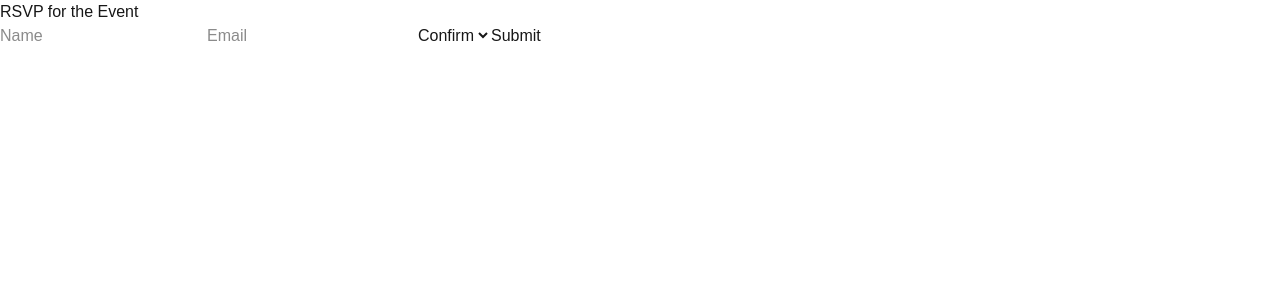
Repository: Jennica1/FULLSTACK-FINAL-PROJ
Page: / (app in rsvp-app/frontend/)
The author's editor kept a copy of each file at every save. The page is drawn from the files as they stood at one save, then again after the next save.
The browser window is 1280 px wide. The pictures show the whole page.
The project was rebuilt for these pictures with package versions that can differ from the ones it lists, and the page was loaded fresh each time. The framework's server and built-in components were replaced by stand-ins that run in the browser. Also part of the build but not shown: rsvp-app/frontend/next.config.mjs.

Above is the page before, as saved 2025-03-18 17:21:09.

After the next save:
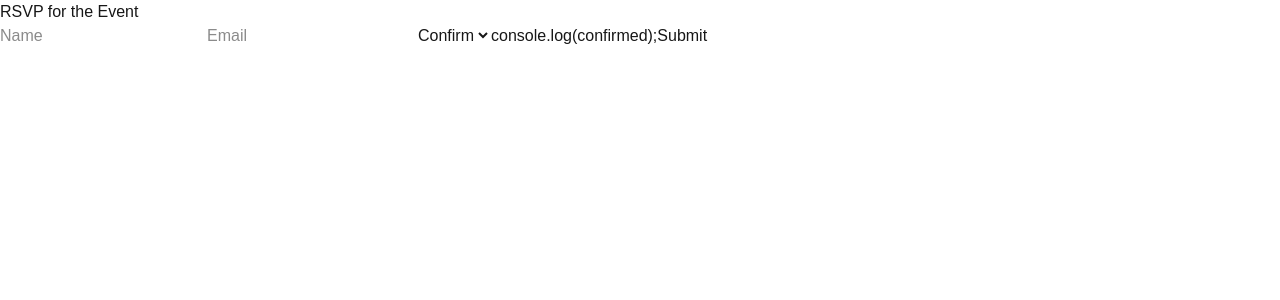
Saved 30 s later.
--- a/rsvp-app/frontend/app/page.js
+++ b/rsvp-app/frontend/app/page.js
@@ -1,20 +1,20 @@
-'use client';
+"use client";
 
-import { useState } from 'react';
+import { useState } from "react";
 
 export default function Home() {
-  const [name, setName] = useState('');
-  const [email, setEmail] = useState('');
-  const [status, setStatus] = useState('confirmed');
-  const [message, setMessage] = useState('');
+  const [name, setName] = useState("");
+  const [email, setEmail] = useState("");
+  const [status, setStatus] = useState("confirmed");
+  const [message, setMessage] = useState("");
 
   const handleSubmit = async (e) => {
     e.preventDefault();
 
-    const response = await fetch('http://localhost:3001/rsvps', {
-      method: 'POST',
+    const response = await fetch("http://localhost:3001/rsvps", {
+      method: "POST",
       headers: {
-        'Content-Type': 'application/json',
+        "Content-Type": "application/json",
       },
       body: JSON.stringify({ name, email, status }),
     });
@@ -22,8 +22,8 @@
     // ✅ Check if the response is OK before parsing
     if (!response.ok) {
       const errorData = await response.text(); // To get the error as text
-      console.error('Error from backend:', errorData);
-      setMessage('Error submitting RSVP');
+      console.error("Error from backend:", errorData);
+      setMessage("Error submitting RSVP");
       return;
     }
 
@@ -32,11 +32,10 @@
       const data = await response.json();
       setMessage(data.message);
     } catch (error) {
-      console.error('Error parsing JSON:', error);
-      setMessage('Error processing RSVP response');
+      console.error("Error parsing JSON:", error);
+      setMessage("Error processing RSVP response");
     }
   };
-
 
   return (
     <div>
@@ -54,13 +53,11 @@
           value={email}
           onChange={(e) => setEmail(e.target.value)}
         />
-       <select
-  value={status}
-  onChange={(e) => setStatus(e.target.value)}
->
-  <option value="confirmed">Confirm</option>
-  <option value="declined">Decline</option>
-</select>
+        <select value={status} onChange={(e) => setStatus(e.target.value)}>
+          <option value="confirmed">Confirm</option>
+          <option value="declined">Decline</option>
+        </select>
+        console.log({ name, email, status });
 
         <button type="submit">Submit</button>
       </form>

After the save that followed:
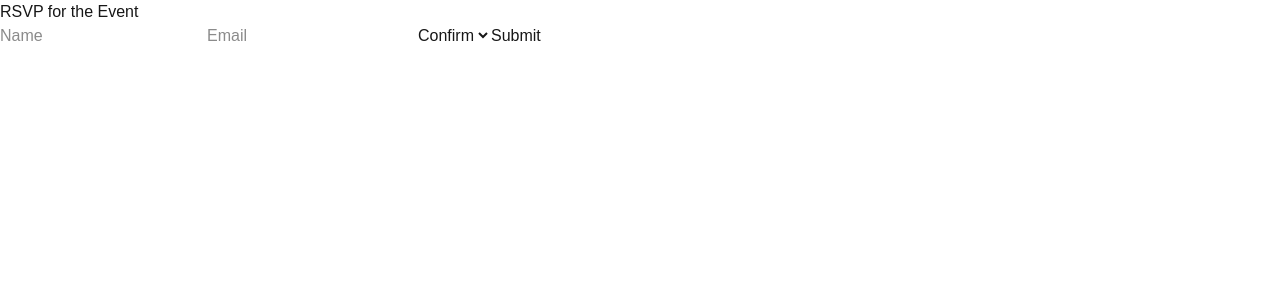
Saved 50 s later.
--- a/rsvp-app/frontend/app/page.js
+++ b/rsvp-app/frontend/app/page.js
@@ -57,7 +57,6 @@
           <option value="confirmed">Confirm</option>
           <option value="declined">Decline</option>
         </select>
-        console.log({ name, email, status });
 
         <button type="submit">Submit</button>
       </form>
